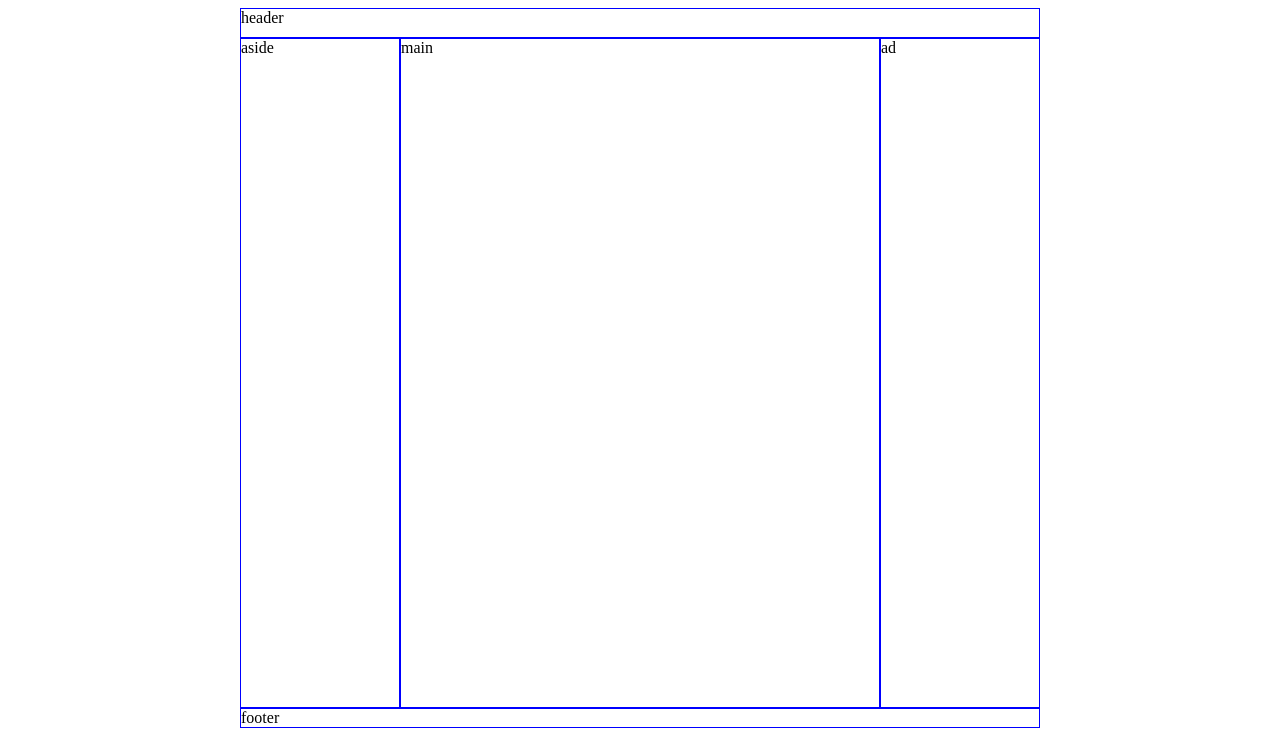
Repository: Lixianlai-2/Css-practice
Page: grid布局/template-area/index.html
These files come from the project's save history. The page is drawn as it stood at one moment and after the next save; the edit follows.
The browser window is 1280 px wide. The pictures show the whole page.

Above is the page before, as saved 2021-12-05 10:50:58.

### grid布局/template-area/index.html
<!DOCTYPE html>
<html lang="en">
  <head>
    <meta charset="UTF-8" />
    <meta http-equiv="X-UA-Compatible" content="IE=edge" />
    <meta name="viewport" content="width=device-width, initial-scale=1.0" />
    <title>Document</title>
    <link rel="stylesheet" href="style.css" />
  </head>
  <body>
    <div class="container">
      <header>header</header>
      <aside>aside</aside>
      <main>main</main>
      <div class="ad">ad</div>
      <footer>footer</footer>
    </div>
  </body>
</html>

### grid布局/template-area/style.css
.container {
  margin-left: auto;
  margin-right: auto;
  display: grid;
  grid-template-areas:
  /* 注意，这里的引号之间没有逗号 */
    "header header header"
    "aside main ad"
    "footer footer footer";
  width: 800px;
  height: 100vh;
  grid-template-rows: 30px auto 20px;
  grid-template-columns: 160px auto 160px;
}

.container > * {
  border: 1px solid blue;
}

header {
  /* 注意这里不需要引号 */
  grid-area: header;
}

aside {
  grid-area: aside;
}

main {
  grid-area: main;
}

.ad {
  grid-area: ad;
}

footer {
  grid-area: footer;
}

After the next save:
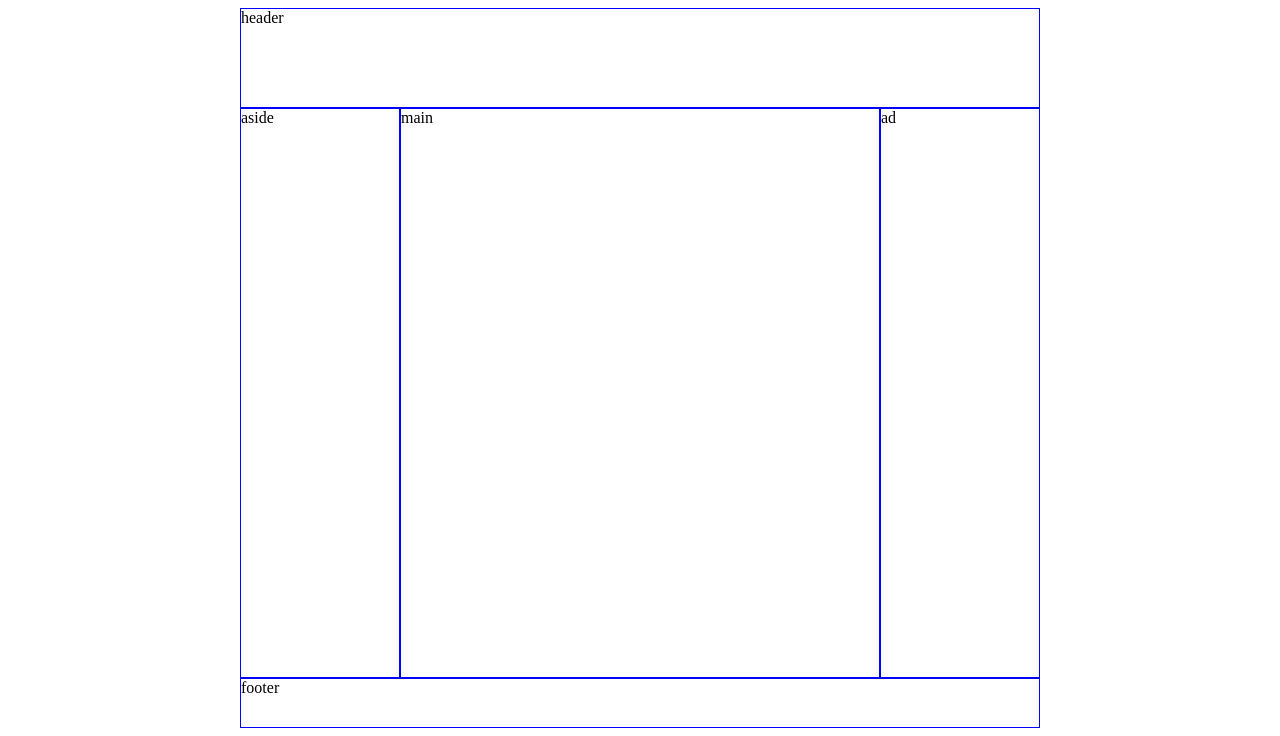
Saved 9 s later.
--- a/grid布局/template-area/style.css
+++ b/grid布局/template-area/style.css
@@ -9,7 +9,7 @@
     "footer footer footer";
   width: 800px;
   height: 100vh;
-  grid-template-rows: 30px auto 20px;
+  grid-template-rows: 100px auto 50px;
   grid-template-columns: 160px auto 160px;
 }
 
